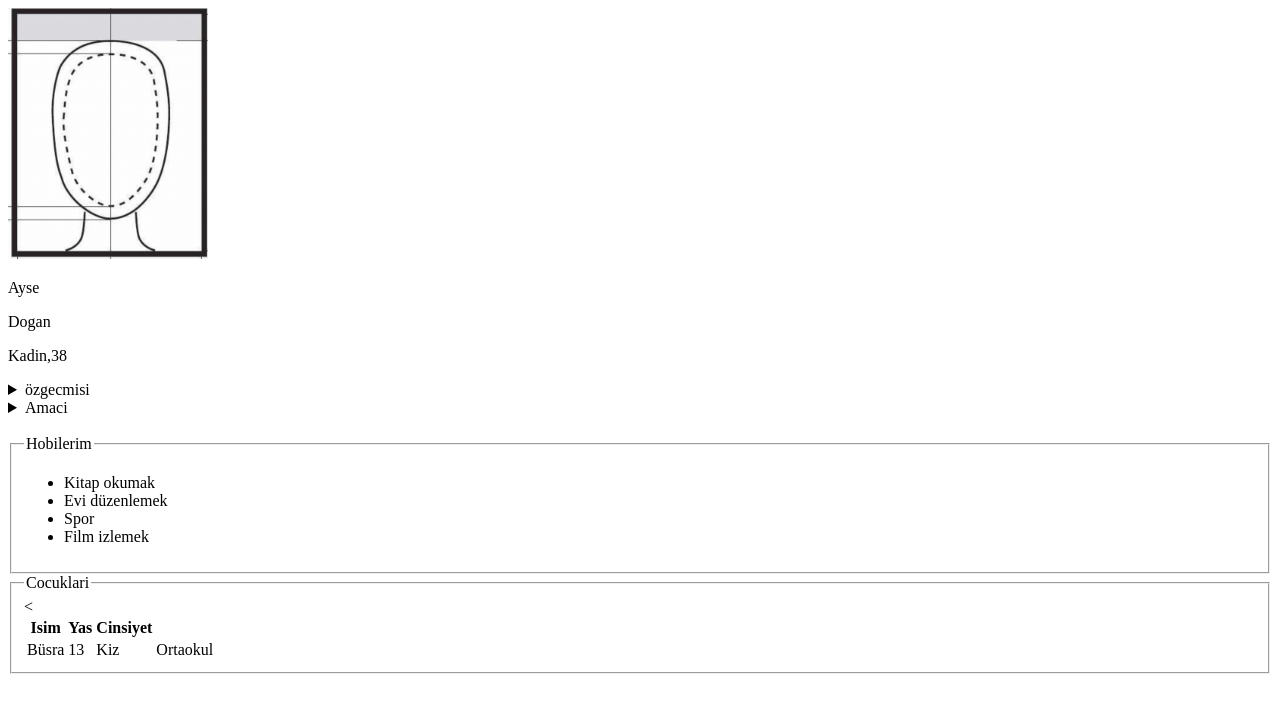
Repository: aysedo/html
Page: Week_2/profile/index.html
These files come from the project's save history. The page is drawn as it stood at one moment and after the next save; the edit follows.
The browser window is 1280 px wide. The pictures show the whole page.

Above is the page before, as saved 2021-08-25 23:29:09.

### Week_2/profile/index.html
<!DOCTYPE html>
<html lang="en">
  <head>
    <meta charset="UTF-8" />
    <meta http-equiv="X-UA-Compatible" content="IE=edge" />
    <meta name="viewport" content="width=device-width, initial-scale=1.0" />
    <title>Profil ödevi</title>
  </head>
  </body>
    <img src="./ornek.png" width="200" alt="bos cerceve">
          <p> Ayse </p>
          <p> Dogan </p>
          <p> Kadin,38 </p>
          <details>
            <summary>özgecmisi</summary>
            <pre>
                  1996-1999  Oberstufe
                  1999-2001  Coiffeurfachschule
                  2001-2010  Sonova Ag
                  2011-2012  Belimo
                  2012       Coop Megastore Volkiland
                  2021       Coop to go oerlikon
            </pre>
          </details>
            <details>
            <summary> Amaci </summary>
            <pre>
              Bu kurs ile cok iyi bir programci olup, bir is bulmayi amacliyorum.<br/>
               IT alaninda programcilara cok ihtiyac olundugunu biliyorum hedefim kursu basariyla bitirmek.
            </pre>
            </details>
            <br/>
              <fieldset>
                <legend>Hobilerim</legend>
                <ul>
                  <li>Kitap okumak</li>
                  <li>Evi düzenlemek</li>
                  <li>Spor</li>
                  <li>Film izlemek</li>
                </ul>
              </fieldset>
              <fieldset>
                <legend> Cocuklari</legend>
                <table>
                  <th> Isim</th>
                  <th> Yas </th>
                  <th> Cinsiyet</th>
                  <
                  <tr>
                    <td>Büsra</td>
                    <td>13</td>
                    <td>Kiz</td>
                    <td>Ortaokul</td>
                  </tr>
                </table>
              </fieldset>









  </body>
</html>

After the next save:
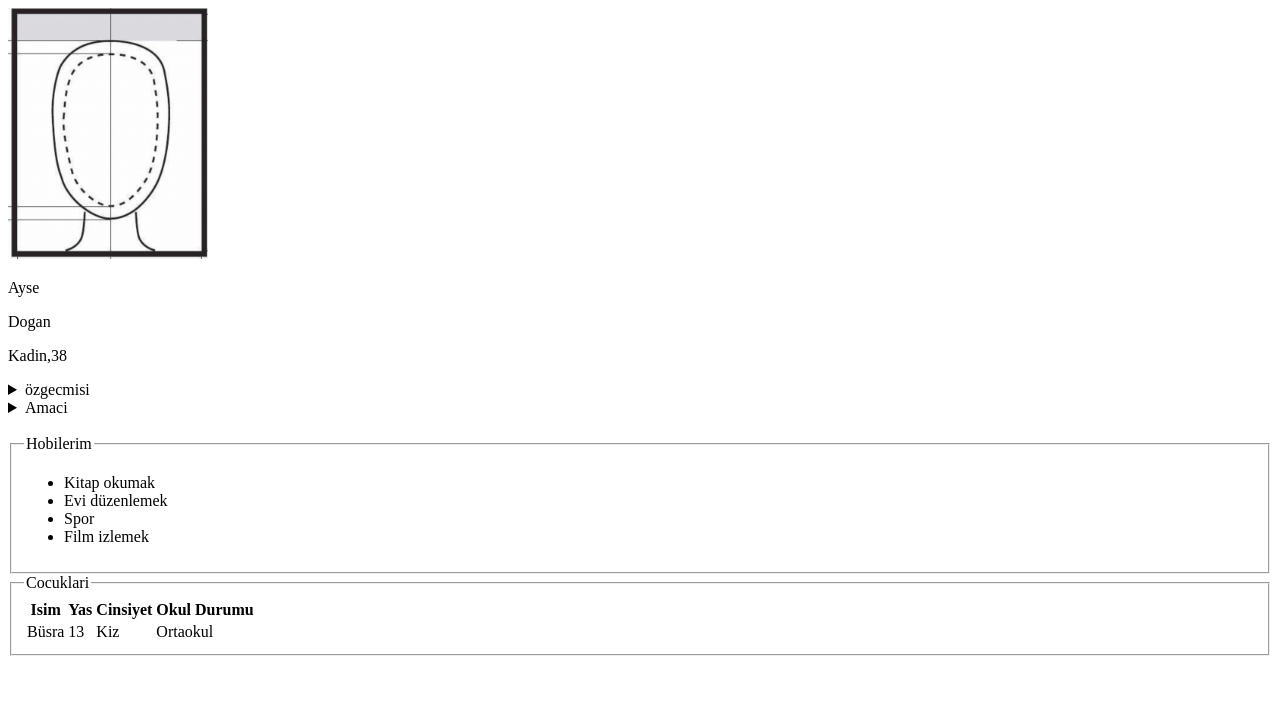
Saved 25 s later.
--- a/Week_2/profile/index.html
+++ b/Week_2/profile/index.html
@@ -45,7 +45,7 @@
                   <th> Isim</th>
                   <th> Yas </th>
                   <th> Cinsiyet</th>
-                  <
+                  <th>Okul Durumu</th>
                   <tr>
                     <td>Büsra</td>
                     <td>13</td>
